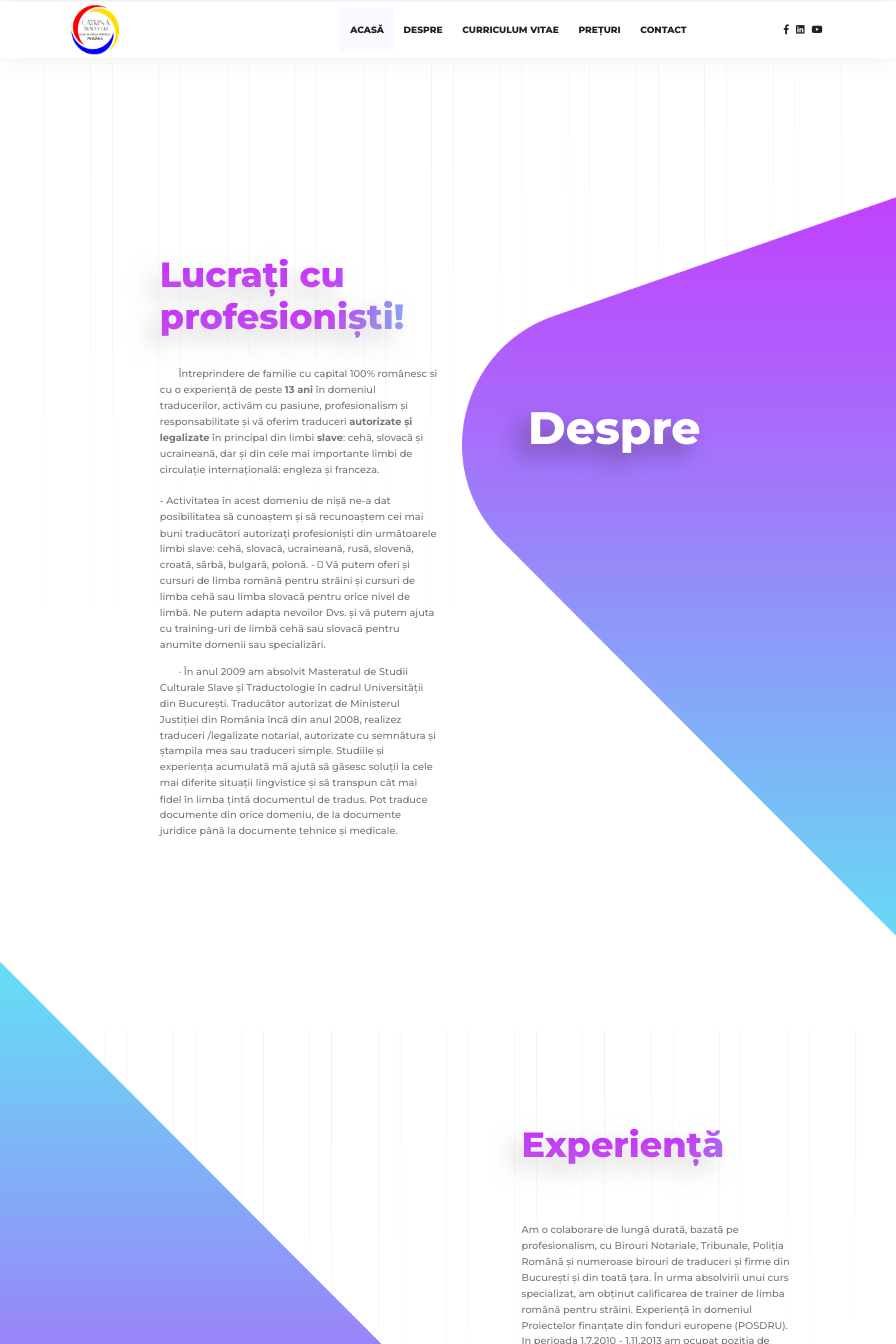
Repository: roscaImarius/site_traduceri
Page: index.html
The author's editor kept a copy of each file at every save. The page is drawn from the files as they stood at one save, then again after the next save.
The browser window is 1280 px wide. The pictures show the part of the page from y = 608 to 2528 px (the page is 7580 px tall), at 70% of full size.

Above is the page before, as saved 2022-03-17 15:07:33.

### index.html
<!DOCTYPE html>
<html lang="en" class="no-js">
  <head>
    <meta
      name="viewport"
      content="width=device-width, initial-scale=1, shrink-to-fit=no"
    />
    <meta name="author" content="CodePixar" />
    <meta name="description" content="" />
    <meta name="keywords" content="" />
    <meta charset="UTF-8" />

    <title>Traduceri</title>

    <link
      href="https://fonts.googleapis.com/css?family=Montserrat:500,600,700,800,900"
      rel="stylesheet"
    />
    <link
      href="https://fonts.googleapis.com/css?family=Open+Sans:400,600"
      rel="stylesheet"
    />
    <!-- ===========================================
		CSS Files
    ============================================= -->
    <link rel="stylesheet" href="css/font-awesome.min.css" />
    <link rel="stylesheet" href="css/bootstrap.css" />
    <link rel="stylesheet" href="css/main.css" />
  </head>

  <body class="version5" id="top">
    <div class="se-pre-con"></div>

    <!--================ Start Banner Area =================-->
    <section class="home-area" id="home">
      <div class="banner-area relative">
        <div class="container-fluid">
          <div class="row justify-content-center height align-items-center">
            <div class="col-lg-5 col-md-6 col-sm-12">
              <div class="banner-img">
                <img class="img-fluid" src="img/banner-img5.jpg" alt="" />
              </div>
            </div>
            <div class="col-lg-5 col-md-6 col-sm-12">
              <div class="banner-content text-right">
                <h4 class="mb-30 hello text-uppercase text-white">
                  Salut, noi suntem
                </h4>
                <h1 class="name">Catrina Traduceri</h1>
                <p class="mt-5 h6 pHome dark">
                  Ne numărăm printre foarte puținii traducători autorizați de
                  Ministerul Justiției din România pentru traduceri din limbile
                  slave, de nisă: cehă, slovacă și ucraineană.
                </p>
              </div>
            </div>
          </div>
        </div>
      </div>
    </section>
    <!--================Header Menu Area =================-->
    <header class="header_area" id="header5">
      <div class="main_menu">
        <nav class="navbar navbar-expand-lg">
          <div class="container-fluid">
            <!-- Brand and toggle get grouped for better mobile display -->
            <a class="navbar-brand logo_h" href="index.html"
              ><img class="logoo" src="img/logo5_1.png" alt=""
            /></a>
            <button
              class="navbar-toggler"
              type="button"
              data-toggle="collapse"
              data-target="#navbarSupportedContent"
              aria-controls="navbarSupportedContent"
              aria-expanded="false"
              aria-label="Toggle navigation"
            >
              <i class="fas fa-bars"></i>
            </button>
            <!-- Collect the nav links, forms, and other content for toggling -->
            <div
              class="collapse navbar-collapse offset"
              id="navbarSupportedContent"
            >
              <ul class="nav navbar-nav menu_nav ml-auto nav5">
                <li class="nav-item active5">
                  <a class="nav-link" href="#home">Acasă</a>
                </li>
                <li class="nav-item">
                  <a class="nav-link" href="#about">Despre</a>
                </li>
                <li class="nav-item">
                  <a class="nav-link" href="#resume">Curriculum Vitae</a>
                </li>
                <li class="nav-item">
                  <a class="nav-link" href="#portfolio">prețuri</a>
                </li>
                <li class="nav-item">
                  <a class="nav-link" href="#contact">contact</a>
                </li>
              </ul>

              <!-- SOCIAL MEDIA -->
              <ul class="nav navbar-nav social-icons">
                <li class="nav-item">
                  <a href="https://www.facebook.com/catrina.traduceri">
                    <i class="fab fa-facebook-f"></i>
                  </a>
                </li>
                <li class="nav-item">
                  <a
                    href="https://www.linkedin.com/in/ionut-catrina-405244178/"
                  >
                    <i class="fab fa-linkedin"></i>
                  </a>
                </li>
                <li class="nav-item">
                  <a href="#">
                    <i class="fab fa-youtube"></i>
                  </a>
                </li>
              </ul>
            </div>
          </div>
        </nav>
      </div>
    </header>

    <!--================ Start About Area =================-->
    <section class="about-area section-gap-top-5 relative" id="about">
      <div class="container-fluid">
        <div class="row row-reverse">
          <div class="offset-lg-2 col-lg-4 col-md-12">
            <h2 class="heading mb-40">Lucrați cu profesioniști!</h2>
            <p style="text-indent: 20pt">
              Întreprindere de familie cu capital 100% românesc si cu o
              experiență de peste
              <span style="font-weight: bold">13 ani</span> în domeniul
              traducerilor, activăm cu pasiune, profesionalism și
              responsabilitate și vă oferim traduceri
              <span style="font-weight: bold"> autorizate și legalizate</span>
              în principal din limbi
              <span style="font-weight: bold">slave</span>: cehă, slovacă și
              ucraineană, dar și din cele mai importante limbi de circulație
              internațională: engleza și franceza. <br /><br />- Activitatea în
              acest domeniu de nișă ne-a dat posibilitatea să cunoaștem și să
              recunoaștem cei mai buni traducători autorizați profesioniști din
              următoarele limbi slave: cehă, slovacă, ucraineană, rusă, slovenă,
              croată, sârbă, bulgară, polonă. -  Vă putem oferi și cursuri de
              limba română pentru străini și cursuri de limba cehă sau limba
              slovacă pentru orice nivel de limbă. Ne putem adapta nevoilor Dvs.
              și vă putem ajuta cu training-uri de limbă cehă sau slovacă pentru
              anumite domenii sau specializări.
            </p>
            <p class="mb-50" style="text-indent: 20pt">
              &middot; În anul 2009 am absolvit Masteratul de Studii Culturale
              Slave și Traductologie în cadrul Universității din București.
              Traducător autorizat de Ministerul Justiției din România încă din
              anul 2008, realizez traduceri /legalizate notarial, autorizate cu
              semnătura și ștampila mea sau traduceri simple. Studiile și
              experiența acumulată mă ajută să găsesc soluții la cele mai
              diferite situații lingvistice și să transpun cât mai fidel în
              limba țintă documentul de tradus. Pot traduce documente din orice
              domeniu, de la documente juridice până la documente tehnice și
              medicale.
            </p>
          </div>

          <div class="col-lg-6 p-0 col-md-12">
            <div class="right-side">
              <h2 class="text-white right-heading">Despre</h2>
            </div>
          </div>
        </div>
      </div>
    </section>

    <!--================ Start Experience Area =================-->
    <section class="experience-area relative" id="resume">
      <div class="container-fluid">
        <div class="row">
          <div class="col-lg-6 p-0 col-md-12">
            <div class="left-side">
              <h2 class="text-white indented cv left-heading">C.V.</h2>
            </div>
          </div>

          <div class="xpDiv col-lg-4 md-mr col-md-12">
            <h2 class="heading mb-80">Experiență</h2>
            <div class="resume-content">
              <div class="work-exp mb-50">
                <p>
                  Am o colaborare de lungă durată, bazată pe profesionalism, cu
                  Birouri Notariale, Tribunale, Poliția Română și numeroase
                  birouri de traduceri și firme din București și din toată țara.
                  În urma absolvirii unui curs specializat, am obținut
                  calificarea de trainer de limba română pentru străini.
                  Experiență în domeniul Proiectelor finanțate din fonduri
                  europene (POSDRU). In perioada 1.7.2010 - 1.11.2013 am ocupat
                  pozitia de Responsabil vizite de studiu – schimb de experiență
                  în cadrul unor proiecte transnaționale (între România și
                  Republica Cehă).
                </p>
              </div>

              <h2 class="heading mt-120 mb-80">Education</h2>
              <div class="study">
                <h4 class="subject">Master</h4>
                <p>
                  <span class="title">Session</span>
                  <span class="info">: 2010-11</span>
                </p>
                <p>
                  <span class="title">Result</span>
                  <span class="info">: 3.78 (In the Scale of 4.00)</span>
                </p>
              </div>

              <div class="study">
                <h4 class="subject">Bachelor</h4>
                <p>
                  <span class="title">Session</span>
                  <span class="info">: 2006-09</span>
                </p>
                <p>
                  <span class="title">Result</span>
                  <span class="info">: 3.40 (In the Scale of 4.00)</span>
                </p>
              </div>

              <div class="study">
                <h4 class="subject">Diploma</h4>
                <p>
                  <span class="title">Session</span>
                  <span class="info">: 20063-06</span>
                </p>
                <p>
                  <span class="title">Result</span>
                  <span class="info">: 4.94 (In the Scale of 5.00)</span>
                </p>
              </div>
            </div>
          </div>
        </div>
      </div>
    </section>

    <!--================ Start PRICE Area =================-->
    <section class="price-area section-gap-top-5 relative" id="portfolio">
      <div class="container-fluid">
        <div class="row row-reverse">
          <div class="divFaraPret offset-lg-2 col-lg-4 col-md-12">
            <h2 class="heading mb-40">Detalii tarife</h2>
            <h1>Text</h1>
            <p>
              Lorem ipsum dolor sit amet consectetur adipisicing elit. Tempora
              omnis rem magnam voluptatum molestiae, unde id fuga illum
              consequatur nisi? Unde voluptates quia enim ab quae consequatur.
              Doloremque amet eveniet autem hic error veniam ullam aliquid
              aperiam corrupti expedita tempora fugiat, accusantium esse alias
              ea quam architecto totam perferendis, eum excepturi consectetur,
              distinctio placeat! A iure sint corporis fuga aperiam quo incidunt
              enim aut vel totam, dolorum architecto sed placeat, doloribus quam
              fugit! Deserunt iure eligendi at laborum corrupti libero,
              molestias, aliquid hic, nihil non ad voluptatum esse molestiae
              quam culpa sit quos! Maiores molestiae ab laboriosam nam magnam,
              illo eligendi dolorem explicabo. Expedita consequatur debitis
              ratione excepturi exercitationem quam neque quaerat magni aliquid
              voluptate, velit voluptatem ut quasi facilis totam ipsa nulla unde
              assumenda perspiciatis non sequi pariatur repellat? Dicta voluptas
              magni id omnis eveniet sunt consectetur aperiam necessitatibus
              sequi tempora quos neque sit iure aspernatur deserunt atque cum,
              debitis quibusdam inventore facilis velit, consequatur nobis
              excepturi. Suscipit dolorem, quisquam quos non reiciendis, earum
              repudiandae error nobis aspernatur optio expedita eligendi atque
              odit nihil ullam cumque a sunt aperiam culpa obcaecati corporis
              iusto? Magnam sequi, necessitatibus nemo odit illo nobis aut,
              voluptas suscipit consequuntur voluptatibus nisi earum. Dolor,
              aperiam?
            </p>
          </div>

          <div class="divPreturi col-lg-6 p-0 col-md-12">
            <div class="right-side">
              <h2 class="text-white right-heading">Prețuri</h2>
            </div>
          </div>
        </div>
      </div>
    </section>

    <!--================ Start CONTACT Area =================-->
    <section class="client-area relative" id="contact">
      <div class="container-fluid">
        <div class="row">
          <div class="col-lg-6 p-0 col-md-12">
            <div class="left-side">
              <h2 class="text-white left-heading">Contact</h2>
            </div>
          </div>

          <div class="contactDiv offset-lg-2 col-lg-4 col-md-12">
            <div class="form-area text-left">
              <h5><i>Telefon:</i></h5>
              <p>+40 726 471 135 <br /></p>
            </div>

            <div class="form-area text-left">
              <h5><i>E-mail:</i></h5>
              <p>catrina.traduceri@yahoo.com</p>
            </div>

            <div class="form-area adresa text-left">
              <h5><i>Adresă:</i></h5>
              <p>
                Calea Dorobantilor nr. 135-145, bl. 10, sc. C, Ap. 156, sector
                1, Bucuresti.
              </p>
            </div>
            <img class="mapa" src="./img/mapa.png" alt="" />
            <img class="mapa" src="./img/mapa.png" alt="" />
            <img class="mapa" src="./img/mapa.png" alt="" />
          </div>
        </div>
      </div>
    </section>

    <!--= Start Scroll to Top Area ########## -->
    <div id="back-top">
      <a title="Go to Top" href="#">
        <i class="fas fa-angle-up"></i>
      </a>
    </div>

    <script src="js/vendor/jquery-2.2.4.min.js"></script>
    <!-- <script src="js/popper.min.js"></script> -->
    <script src="js/vendor/bootstrap.min.js"></script>
    <script src="js/jquery.ajaxchimp.min.js"></script>
    <script src="js/counter-up.js"></script>
    <script src="js/isotope.pkgd.min.js"></script>
    <script src="js/waypoints.min.js"></script>
    <script src="js/main.js"></script>
  </body>
</html>

Loaded but not shown: css/font-awesome.min.css (library); css/bootstrap.css (library); js/vendor/jquery-2.2.4.min.js (library); js/vendor/bootstrap.min.js (library); js/jquery.ajaxchimp.min.js (library); js/isotope.pkgd.min.js (library); js/waypoints.min.js (library); js/main.js (150 lines, source omitted); js/counter-up.js (8 lines, source omitted); css/main.css (1566 lines, source omitted)

After the next save:
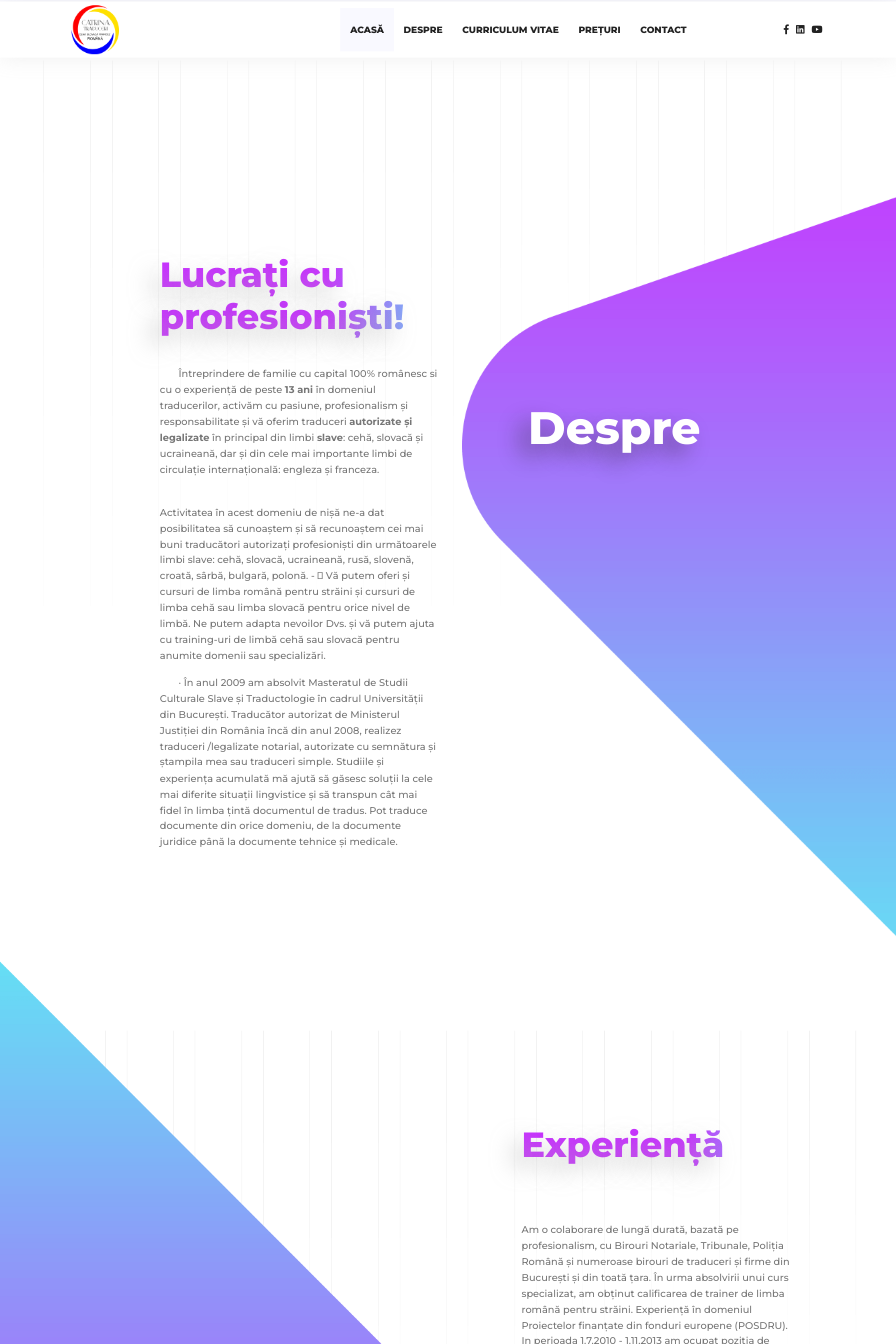
Saved 27 s later.
--- a/index.html
+++ b/index.html
@@ -143,7 +143,7 @@
               în principal din limbi
               <span style="font-weight: bold">slave</span>: cehă, slovacă și
               ucraineană, dar și din cele mai importante limbi de circulație
-              internațională: engleza și franceza. <br /><br />- Activitatea în
+              internațională: engleza și franceza. <br /><br /></p> <p> Activitatea în
               acest domeniu de nișă ne-a dat posibilitatea să cunoaștem și să
               recunoaștem cei mai buni traducători autorizați profesioniști din
               următoarele limbi slave: cehă, slovacă, ucraineană, rusă, slovenă,
@@ -151,7 +151,7 @@
               limba română pentru străini și cursuri de limba cehă sau limba
               slovacă pentru orice nivel de limbă. Ne putem adapta nevoilor Dvs.
               și vă putem ajuta cu training-uri de limbă cehă sau slovacă pentru
-              anumite domenii sau specializări.
+              anumite domenii sau specializări.</p>
             </p>
             <p class="mb-50" style="text-indent: 20pt">
               &middot; În anul 2009 am absolvit Masteratul de Studii Culturale
